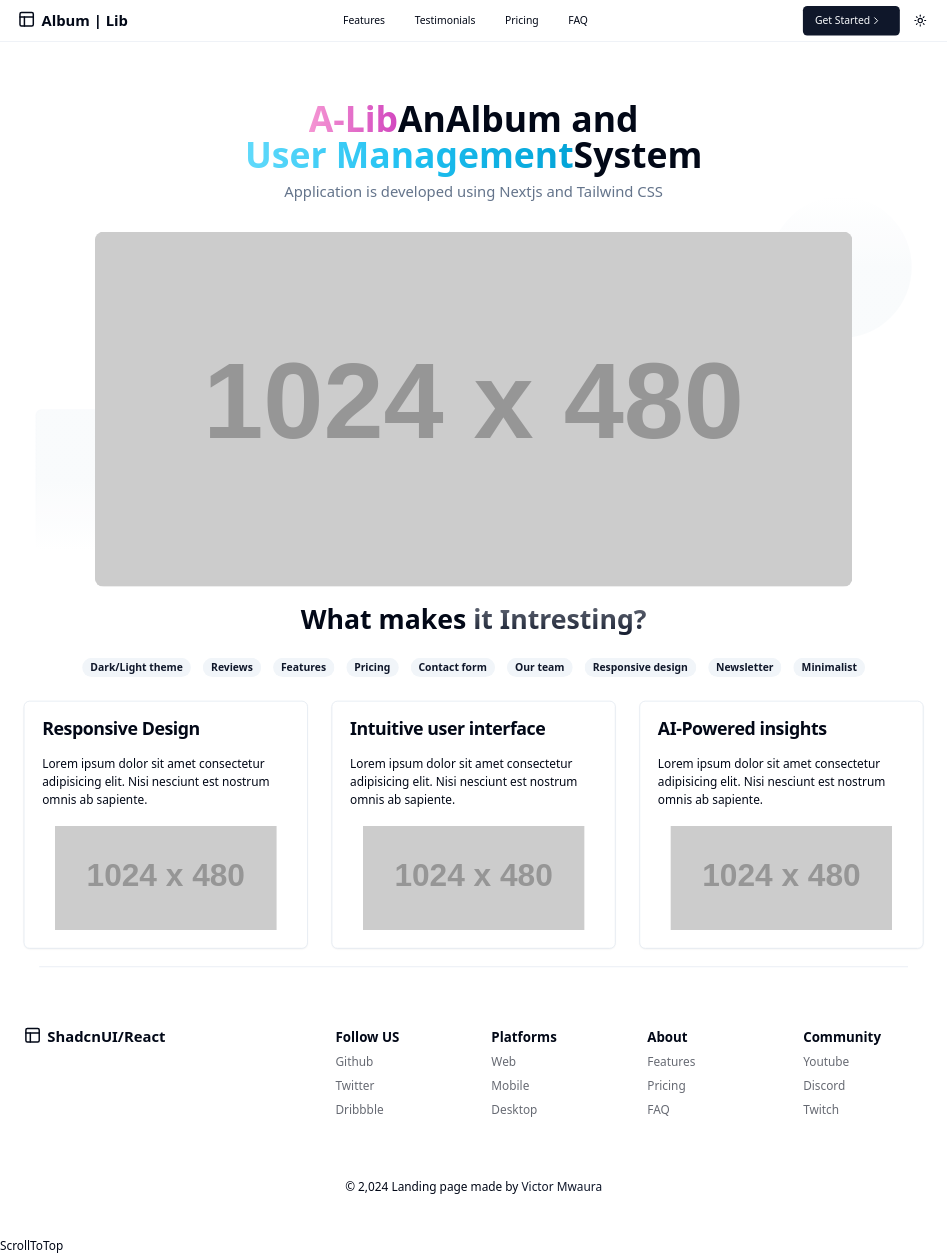
Repository: DevLaukey/savannah-informatics-test
Page: /
The author's editor kept a copy of each file at every save. The page is drawn from the files as they stood at one save, then again after the next save.
The browser window is 1280 px wide. The pictures show the whole page, at 74% of full size.
The project was rebuilt for these pictures with package versions that can differ from the ones it lists, and the page was loaded fresh each time. The framework's server and built-in components were replaced by stand-ins that run in the browser. Also part of the build but not shown: next.config.mjs.

Above is the page before, as saved 2024-06-04 22:31:18.

After the next save:
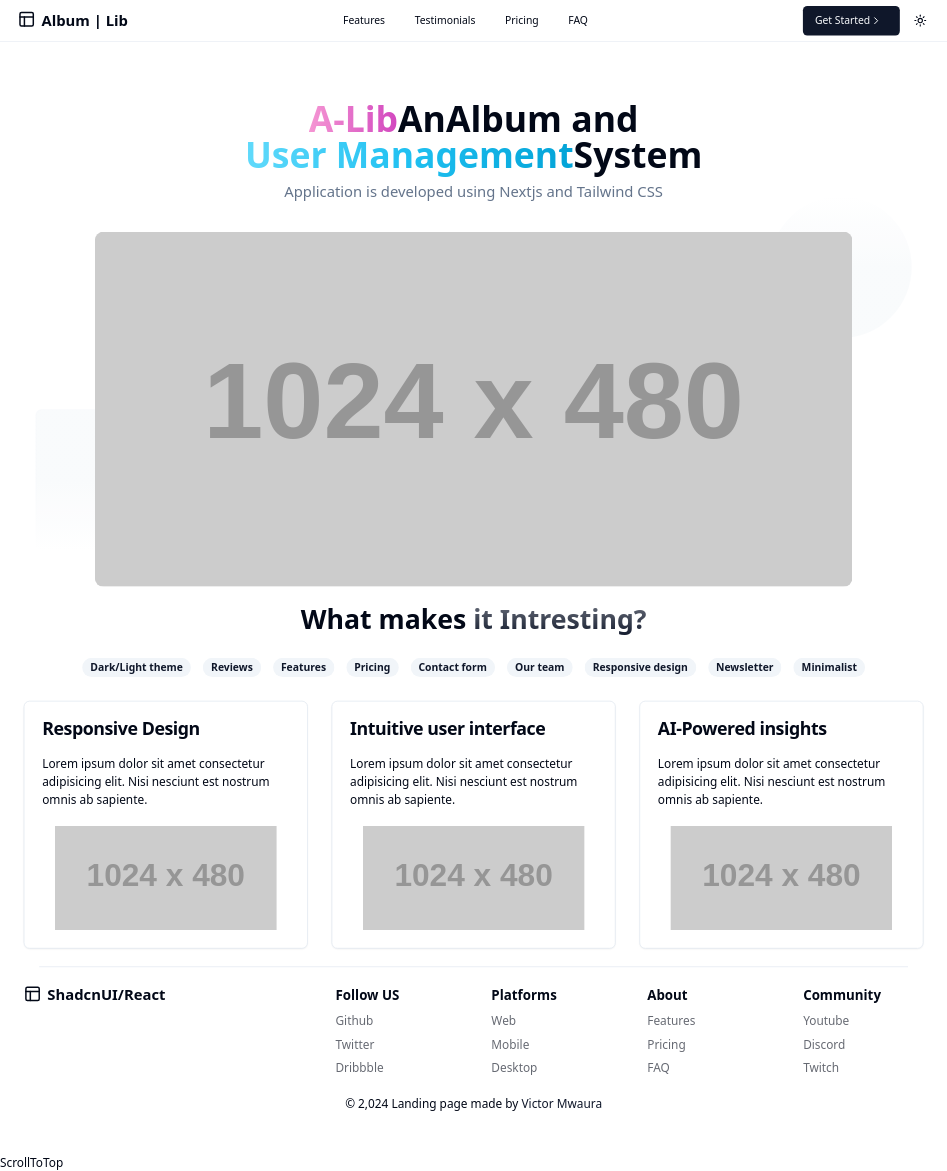
Saved 33 s later.
--- a/components/Footer.jsx
+++ b/components/Footer.jsx
@@ -5,7 +5,7 @@ export const Footer = () => {
     <footer id="footer">
       <hr className="w-11/12 mx-auto" />
 
-      <section className="container py-20 grid grid-cols-2 md:grid-cols-4 xl:grid-cols-6 gap-x-12 gap-y-8">
+      <section className="container py-6 grid grid-cols-2 md:grid-cols-4 xl:grid-cols-6 gap-x-12 gap-y-8">
         <div className="col-span-full xl:col-span-2">
           <a
             rel="noreferrer noopener"
